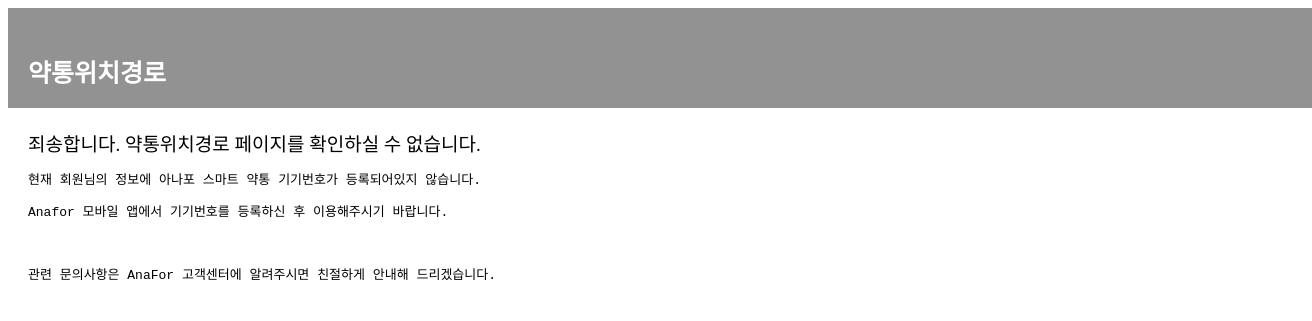
Repository: euzny/Spring-Website
Page: http://localhost/anafor/WEB-INF/views/my_info/notAccept.jsp
These files come from the project's save history. The page is drawn as it stood at one moment and after a run of saves; the edit follows.
The browser window is 1280 px wide. The page is 1312 px wide, so the pictures cover 1312 px, including what lies to the right of the window. The pictures show the whole page.
The page is served by Tomcat 9. Nobody is signed in. The template is opened directly, without the code that normally fills it, so the values that code supplies are empty.

Above is the page before, as saved 2022-06-23 02:05:02.

After the next 2 saves:
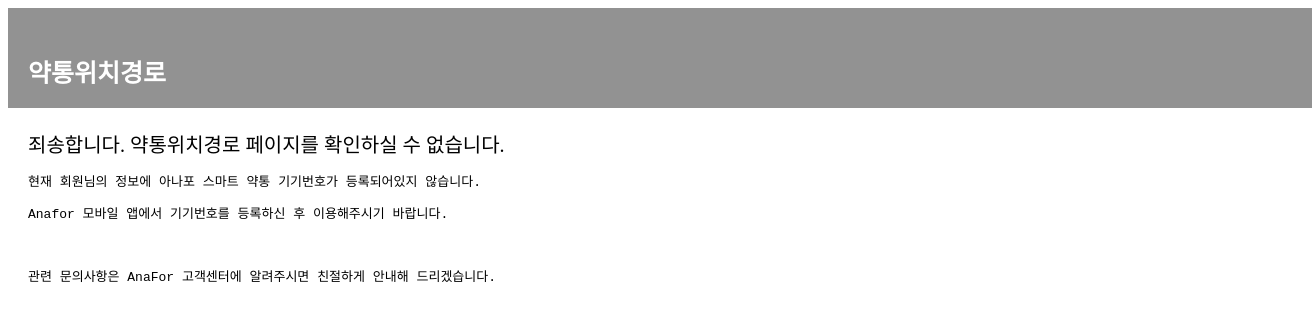
The 2 saves are shown as one change because they came seconds apart.
The last was saved 11 s later.
--- a/Workspace/anafor/src/main/webapp/WEB-INF/views/my_info/notAccept.jsp
+++ b/Workspace/anafor/src/main/webapp/WEB-INF/views/my_info/notAccept.jsp
@@ -26,8 +26,8 @@
 		margin:20px 0px 0px 20px;
 	}
 	#notice h3{
-	   font-size: 19px;
-	   font-weight:400;
+	   font-size: 20px;
+	   font-weight:500;
 	   margin-bottom:5px;
 	}
    	</style>
